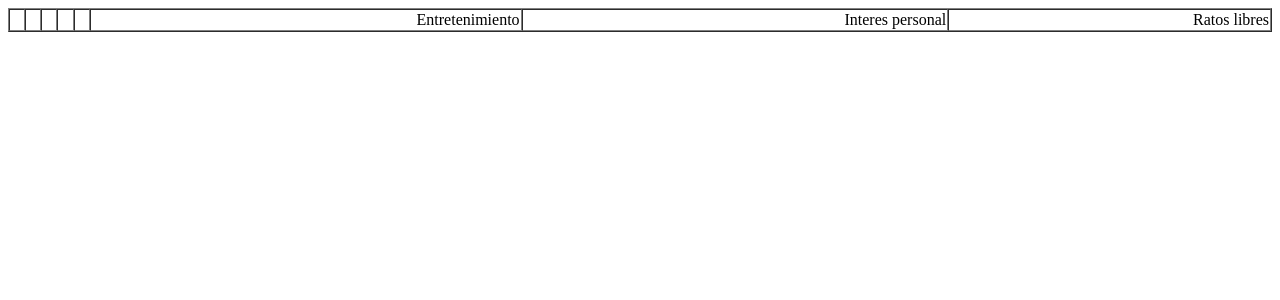
Repository: darlyn-saravia27/portafolio-darlynsaravia
Page: archivoshtml/tareas de html/index.html
The author's editor kept a copy of each file at every save. The page is drawn from the files as they stood at one save, then again after the next save.
The browser window is 1280 px wide. The pictures show the whole page.

Above is the page before, as saved 2023-03-04 00:25:53.

After the next save:
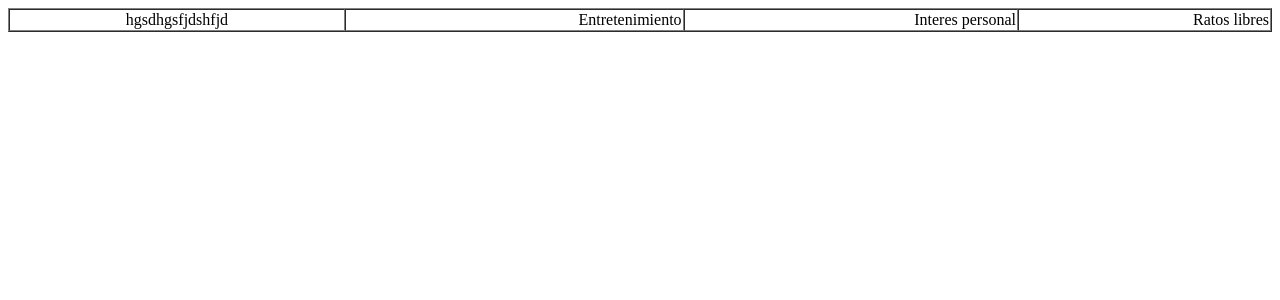
Saved 19 s later.
--- a/archivoshtml/tareas de html/index.html
+++ b/archivoshtml/tareas de html/index.html
@@ -9,11 +9,7 @@
 <body>
     <table align="center" border="1" cellspacing="0" width="100%">
     <tr align="center">
-        <td></td>
-        <td></td>
-        <td></td>
-        <td></td>
-        <td></td>
+        <td>hgsdhgsfjdshfjd</td>
         <td align="right">Entretenimiento</td>
         <td align="right">Interes personal</td>
         <td align="right">Ratos libres</td>
